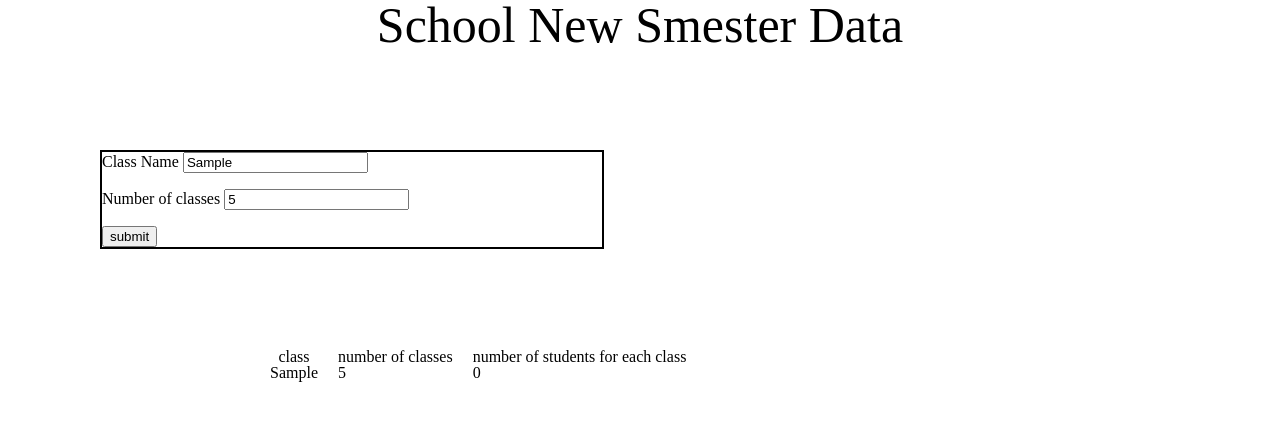
Repository: Razan-am/exam-practice
Page: index.html
These files come from the project's save history. The page is drawn as it stood at one moment and after the next save; the edit follows.
The browser window is 1280 px wide. The pictures show the whole page.
Empty fields were first filled with sample values (such as "Sample", 5 or name@example.com).
After loading, the first visible `#myForm` was submitted once.

Above is the page before, as saved 2021-05-31 00:08:36.

After the next save:
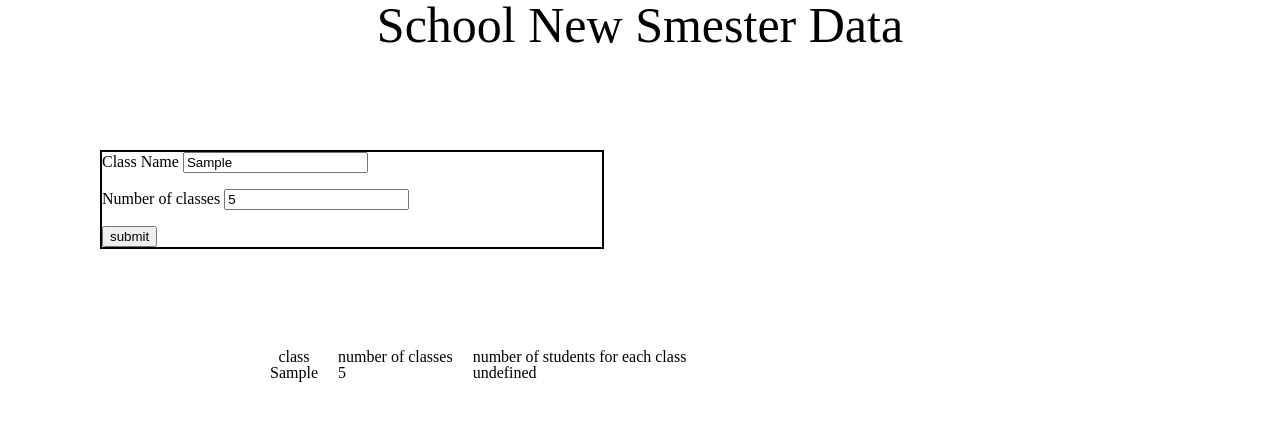
Saved 4 min 30 s later.
--- a/js/app.js
+++ b/js/app.js
@@ -9,7 +9,7 @@
 function Myform(className, numberOfClasses) {
     this.className = className;
     this.numberOfClasses = numberOfClasses;
-    this.randomNumber = 0;
+    // this.randomNumber = 0;
     mainArr.push(this);
 
 }

After the save that followed:
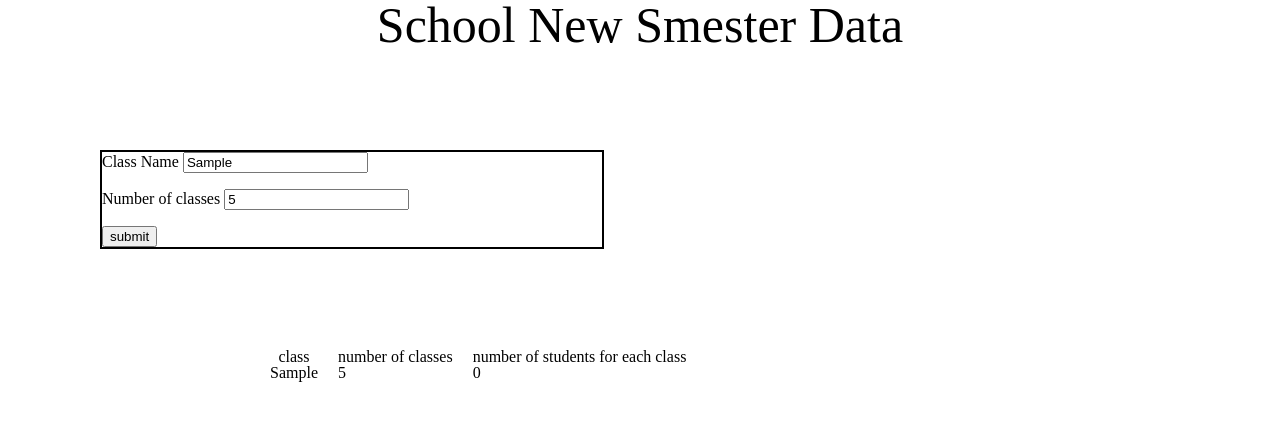
Saved 20 s later.
--- a/js/app.js
+++ b/js/app.js
@@ -9,7 +9,7 @@
 function Myform(className, numberOfClasses) {
     this.className = className;
     this.numberOfClasses = numberOfClasses;
-    // this.randomNumber = 0;
+    this.randomNumber = 0;
     mainArr.push(this);
 
 }
